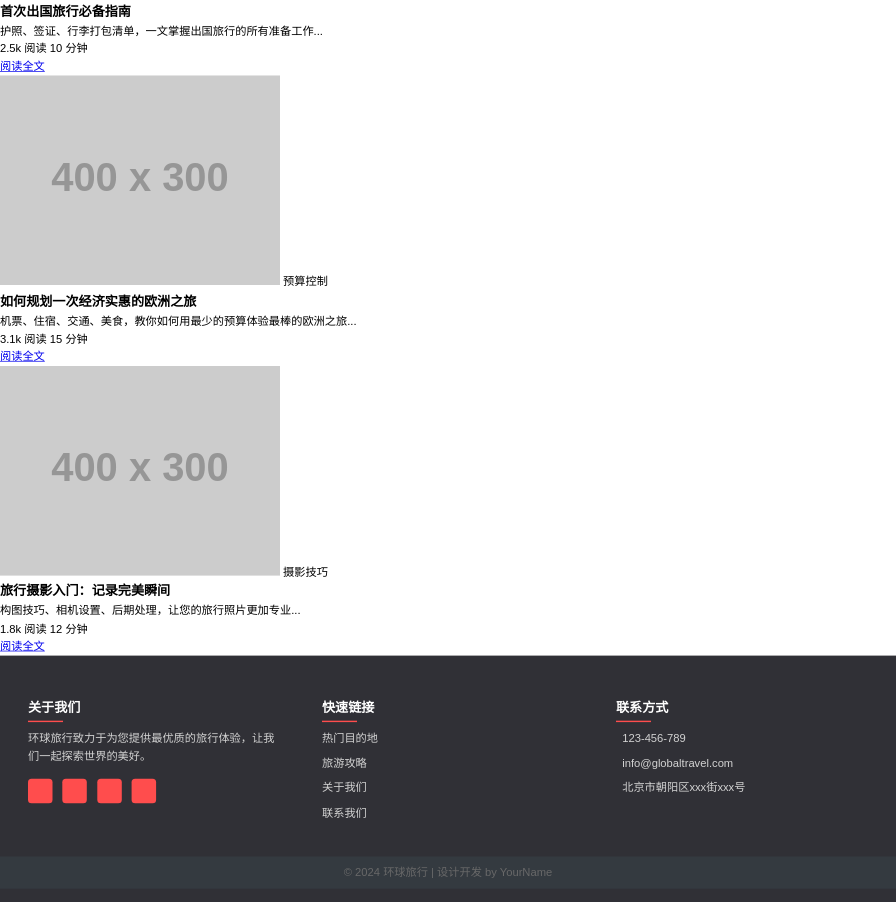
Repository: huang-heavenly-Emperor/travel_1
Page: index.html
The author's editor kept a copy of each file at every save. The page is drawn from the files as they stood at one save, then again after a run of saves.
The browser window is 1280 px wide. The pictures show the part of the page from y = 2212 to 4132 px (the page is 3501 px tall before and 4132 px after), at 70% of full size.

Above is the page before, as saved 2024-11-18 02:44:41.
Console error: TypeError: Cannot read properties of null (reading 'style')

### index.html
<!DOCTYPE html>
<html lang="zh-CN">
<head>
    <meta charset="UTF-8">
    <meta name="viewport" content="width=device-width, initial-scale=1.0">
    <title>环球旅行 - 探索世界的每个角落</title>
    <link rel="stylesheet" href="css/style.css">
    <link rel="stylesheet" href="css/animations.css">
    <link rel="stylesheet" href="css/responsive.css">
</head>
<body>
    <!-- 导航栏 -->
    <nav class="main-nav">
        <div class="nav-logo">
            <h1>环球旅行</h1>
        </div>

        <!-- 汉堡菜单按钮 -->
        <div class="hamburger">
            <span></span>
            <span></span>
            <span></span>
        </div>

        <!-- 导航菜单 -->
        <div class="nav-menu">
            <ul class="nav-links">
                <li><a href="index.html">首页</a></li>
                <li><a href="pages/about.html">关于我们</a></li>
                <li><a href="pages/destinations.html">目的地</a></li>
                <li><a href="pages/travel-tips.html">旅游指南</a></li>
                <li><a href="pages/news-events.html">新闻活动</a></li>
                <li><a href="pages/contact.html">联系我们</a></li>
            </ul>

            <div class="nav-auth">
                <a href="pages/login.html" class="btn-login">登录</a>
                <a href="pages/register.html" class="btn-register">注册</a>
            </div>
        </div>
    </nav>

    <!-- 轮播图区域 -->
    <section class="hero-slider">
        <div class="slider-container">
            <div class="slide active">
                <img src="https://via.placeholder.com/1920x1080?text=Beautiful+Paris" alt="巴黎">
                <div class="slide-content">
                    <h2>探索巴黎</h2>
                    <p>感受艺术与浪漫的完美融合</p>
                    <a href="pages/destinations/paris.html" class="btn-explore">立即探索</a>
                </div>
            </div>
            <div class="slide">
                <img src="https://via.placeholder.com/1920x1080?text=Amazing+Tokyo" alt="东京">
                <div class="slide-content">
                    <h2>遇见东京</h2>
                    <p>体验传统与现代的碰撞</p>
                    <a href="pages/destinations/tokyo.html" class="btn-explore">立即探索</a>
                </div>
            </div>
            <div class="slide">
                <img src="https://via.placeholder.com/1920x1080?text=Discover+Santorini" alt="圣托里尼">
                <div class="slide-content">
                    <h2>圣托里尼之美</h2>
                    <p>邂逅爱琴海的浪漫风情</p>
                    <a href="pages/destinations/santorini.html" class="btn-explore">立即探索</a>
                </div>
            </div>
        </div>

        <!-- 轮播控制按钮 -->
        <div class="slider-controls">
            <button class="prev-btn"><i class="fas fa-chevron-left"></i></button>
            <button class="next-btn"><i class="fas fa-chevron-right"></i></button>
        </div>

        <!-- 轮播指示点 -->
        <div class="slider-dots">
            <span class="dot active"></span>
            <span class="dot"></span>
            <span class="dot"></span>
        </div>
    </section>

    <!-- 特色目的地 -->
    <section class="featured-destinations">
        <div class="container">
            <div class="section-header">
                <h2>热门目的地</h2>
                <p>探索世界各地的精彩景点</p>
            </div>

            <div class="destination-grid">
                <!-- 巴黎 -->
                <div class="destination-card">
                    <div class="destination-image">
                        <img src="https://via.placeholder.com/600x400?text=Paris" alt="巴黎">
                        <div class="destination-overlay">
                            <div class="destination-info">
                                <h3>巴黎</h3>
                                <p>法国</p>
                                <div class="destination-meta">
                                    <span><i class="fas fa-star"></i> 4.8</span>
                                    <span><i class="fas fa-map-marker-alt"></i> 欧洲</span>
                                </div>
                                <a href="pages/destinations/paris.html" class="btn-explore">查看详情</a>
                            </div>
                        </div>
                    </div>
                </div>

                <!-- 更多目的地卡片 -->
                <!-- 东京 -->
                <div class="destination-card">
                    <div class="destination-image">
                        <img src="https://via.placeholder.com/600x400?text=Tokyo" alt="东京">
                        <div class="destination-overlay">
                            <div class="destination-info">
                                <h3>东京</h3>
                                <p>日本</p>
                                <div class="destination-meta">
                                    <span><i class="fas fa-star"></i> 4.7</span>
                                    <span><i class="fas fa-map-marker-alt"></i> 亚洲</span>
                                </div>
                                <a href="pages/destinations/tokyo.html" class="btn-explore">查看详情</a>
                            </div>
                        </div>
                    </div>
                </div>

                <!-- 圣托里尼 -->
                <div class="destination-card">
                    <div class="destination-image">
                        <img src="https://via.placeholder.com/600x400?text=Santorini" alt="圣托里尼">
                        <div class="destination-overlay">
                            <div class="destination-info">
                                <h3>圣托里尼</h3>
                                <p>希腊</p>
                                <div class="destination-meta">
                                    <span><i class="fas fa-star"></i> 4.9</span>
                                    <span><i class="fas fa-map-marker-alt"></i> 欧洲</span>
                                </div>
                                <a href="pages/destinations/santorini.html" class="btn-explore">查看详情</a>
                            </div>
                        </div>
                    </div>
                </div>
            </div>
        </div>
    </section>

    <!-- 添加特色服务部分 -->
    <section class="features">
        <div class="container">
            <div class="section-header">
                <h2>我们的特色</h2>
                <p>为什么选择环球旅行</p>
            </div>

            <div class="features-grid">
                <div class="feature-item">
                    <i class="fas fa-map-marked-alt"></i>
                    <h3>专业规划</h3>
                    <p>个性化定制旅游路线，满足您的独特需求</p>
                </div>

                <div class="feature-item">
                    <i class="fas fa-shield-alt"></i>
                    <h3>安全保障</h3>
                    <p>全程保险覆盖，24小时专业团队支持</p>
                </div>

                <div class="feature-item">
                    <i class="fas fa-hand-holding-heart"></i>
                    <h3>优质服务</h3>
                    <p>专业导游团队，提供贴心周到的服务</p>
                </div>

                <div class="feature-item">
                    <i class="fas fa-wallet"></i>
                    <h3>价格透明</h3>
                    <p>无隐藏费用，享受最优惠的价格</p>
                </div>
            </div>
        </div>
    </section>

    <!-- 旅游攻略板块 -->
    <section class="travel-guides">
        <div class="container">
            <div class="section-header">
                <h2>旅游攻略</h2>
                <p>专业的旅行建议，让您的旅程更加完美</p>
            </div>

            <div class="guides-grid">
                <!-- 攻略卡片 1 -->
                <div class="guide-card">
                    <div class="guide-image">
                        <img src="https://via.placeholder.com/400x300?text=Travel+Tips" alt="旅行贴士">
                        <span class="guide-category">实用贴士</span>
                    </div>
                    <div class="guide-content">
                        <h3>首次出国旅行必备指南</h3>
                        <p>护照、签证、行李打包清单，一文掌握出国旅行的所有准备工作...</p>
                        <div class="guide-meta">
                            <span><i class="far fa-eye"></i> 2.5k 阅读</span>
                            <span><i class="far fa-clock"></i> 10 分钟</span>
                        </div>
                        <a href="pages/guides/first-trip.html" class="btn-read">阅读全文</a>
                    </div>
                </div>

                <!-- 攻略卡片 2 -->
                <div class="guide-card">
                    <div class="guide-image">
                        <img src="https://via.placeholder.com/400x300?text=Budget+Travel" alt="预算旅行">
                        <span class="guide-category">预算控制</span>
                    </div>
                    <div class="guide-content">
                        <h3>如何规划一次经济实惠的欧洲之旅</h3>
                        <p>机票、住宿、交通、美食，教你如何用最少的预算体验最棒的欧洲之旅...</p>
                        <div class="guide-meta">
                            <span><i class="far fa-eye"></i> 3.1k 阅读</span>
                            <span><i class="far fa-clock"></i> 15 分钟</span>
                        </div>
                        <a href="pages/guides/budget-europe.html" class="btn-read">阅读全文</a>
                    </div>
                </div>

                <!-- 攻略卡片 3 -->
                <div class="guide-card">
                    <div class="guide-image">
                        <img src="https://via.placeholder.com/400x300?text=Photography" alt="旅行摄影">
                        <span class="guide-category">摄影技巧</span>
                    </div>
                    <div class="guide-content">
                        <h3>旅行摄影入门：记录完美瞬间</h3>
                        <p>构图技巧、相机设置、后期处理，让您的旅行照片更加专业...</p>
                        <div class="guide-meta">
                            <span><i class="far fa-eye"></i> 1.8k 阅读</span>
                            <span><i class="far fa-clock"></i> 12 分钟</span>
                        </div>
                        <a href="pages/guides/photography.html" class="btn-read">阅读全文</a>
                    </div>
                </div>
            </div>
        </div>
    </section>

    <!-- 页脚部分 -->
    <footer class="footer">
        <div class="footer-content">
            <div class="footer-section about">
                <h3>关于我们</h3>
                <p>环球旅行致力于为您提供最优质的旅行体验，让我们一起探索世界的美好。</p>
                <div class="socials">
                    <a href="#"><i class="fab fa-weixin"></i></a>
                    <a href="#"><i class="fab fa-weibo"></i></a>
                    <a href="#"><i class="fab fa-qq"></i></a>
                    <a href="#"><i class="fab fa-douyin"></i></a>
                </div>
            </div>

            <div class="footer-section links">
                <h3>快速链接</h3>
                <ul>
                    <li><a href="pages/destinations.html">热门目的地</a></li>
                    <li><a href="pages/travel-tips.html">旅游攻略</a></li>
                    <li><a href="pages/about.html">关于我们</a></li>
                    <li><a href="pages/contact.html">联系我们</a></li>
                </ul>
            </div>

            <div class="footer-section contact">
                <h3>联系方式</h3>
                <p>
                    <span><i class="fas fa-phone"></i> &nbsp; 123-456-789</span>
                    <span><i class="fas fa-envelope"></i> &nbsp; info@globaltravel.com</span>
                    <span><i class="fas fa-map-marker-alt"></i> &nbsp; 北京市朝阳区xxx街xxx号</span>
                </p>
            </div>
        </div>

        <div class="footer-bottom">
            &copy; 2024 环球旅行 | 设计开发 by YourName
        </div>
    </footer>
    <script src="js/main.js"></script>
</body>
</html>

### css/animations.css
/* 导航链接悬停动画 */
.nav-links a:hover {
    color: #007bff;
    transform: translateY(-2px);
}

/* 轮播图动画 */
.fade {
    animation: fadeEffect 1.5s ease-in-out;
}

@keyframes fadeEffect {
    from {
        opacity: 0;
    }
    to {
        opacity: 1;
    }
}

/* 关于页面动画 */
@keyframes fadeInDown {
    from {
        opacity: 0;
        transform: translateY(-30px);
    }
    to {
        opacity: 1;
        transform: translateY(0);
    }
}

@keyframes fadeInUp {
    from {
        opacity: 0;
        transform: translateY(30px);
    }
    to {
        opacity: 1;
        transform: translateY(0);
    }
}

/* 滚动显示动画 */
.scroll-reveal {
    opacity: 0;
    transform: translateY(30px);
    transition: all 0.8s ease;
}

.scroll-reveal.active {
    opacity: 1;
    transform: translateY(0);
}

### css/responsive.css
/* 响应式布局 */
@media screen and (max-width: 768px) {
    .nav-links {
        display: none; /* 移动端菜单将通过JS控制显示 */
    }

    .hero-slider {
        height: 50vh;
    }

    .destination-grid {
        grid-template-columns: repeat(2, 1fr);
    }

    .destination-image {
        height: 250px;
    }
}

@media screen and (max-width: 480px) {
    .nav-auth {
        display: none;
    }

    .hero-slider {
        height: 40vh;
    }

    .destination-grid {
        grid-template-columns: 1fr;
    }

    .destination-image {
        height: 200px;
    }
}

/* 页脚响应式样式 */
@media screen and (max-width: 768px) {
    .footer-content {
        flex-direction: column;
    }

    .footer-section {
        min-width: 100%;
    }

    .footer-section.about {
        text-align: center;
    }

    .footer-section h3::before {
        left: 50%;
        transform: translateX(-50%);
    }
}

/* 移动端导航样式 */
@media screen and (max-width: 768px) {
    .hamburger {
        display: block;
    }

    .nav-menu {
        position: fixed;
        top: 0;
        right: -100%;
        width: 80%;
        height: 100vh;
        background: #fff;
        flex-direction: column;
        padding: 80px 40px;
        transition: 0.3s ease;
    }

    .nav-menu.active {
        right: 0;
    }

    .nav-links {
        flex-direction: column;
        align-items: center;
    }

    .nav-auth {
        flex-direction: column;
        align-items: center;
        margin-top: 2rem;
    }
}

/* 关于页面响应式样式 */
@media screen and (max-width: 768px) {
    .about-header {
        height: 40vh;
    }

    .header-content h1 {
        font-size: 2rem;
    }

    .company-intro .container {
        flex-direction: column;
        gap: 2rem;
    }

    .intro-content, .intro-image {
        width: 100%;
    }

    .values-grid {
        grid-template-columns: 1fr;
    }

    .team-grid {
        grid-template-columns: repeat(auto-fit, minmax(200px, 1fr));
    }
}

@media screen and (max-width: 480px) {
    .about-header {
        height: 30vh;
    }

    .header-content h1 {
        font-size: 1.5rem;
    }

    .member-image {
        height: 250px;
    }
}

Loaded but not shown: js/main.js (158 lines, source omitted); css/style.css (490 lines, source omitted)

After the next 3 saves:
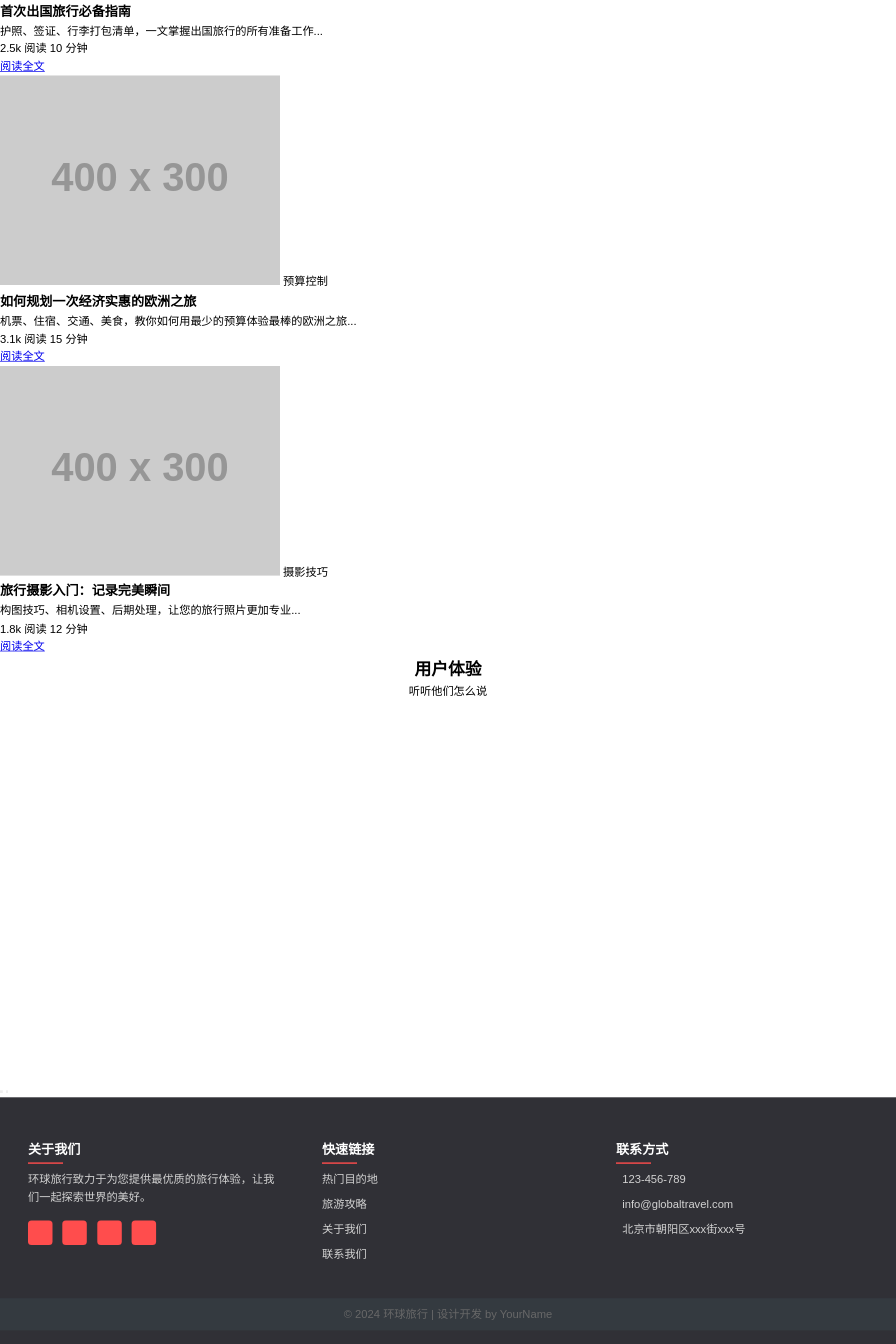
The error is gone.
The 3 saves are shown as one change because they came seconds apart.
The last was saved 9 s later.
--- a/index.html
+++ b/index.html
@@ -249,6 +249,96 @@
         </div>
     </section>
 
+    <!-- 用户评价展示 -->
+    <section class="testimonials">
+        <div class="container">
+            <div class="section-header">
+                <h2>用户体验</h2>
+                <p>听听他们怎么说</p>
+            </div>
+
+            <div class="testimonials-slider">
+                <!-- 评价卡片 1 -->
+                <div class="testimonial-card">
+                    <div class="testimonial-header">
+                        <img src="https://via.placeholder.com/80x80?text=User" alt="用户头像" class="user-avatar">
+                        <div class="user-info">
+                            <h4>张先生</h4>
+                            <div class="rating">
+                                <i class="fas fa-star"></i>
+                                <i class="fas fa-star"></i>
+                                <i class="fas fa-star"></i>
+                                <i class="fas fa-star"></i>
+                                <i class="fas fa-star"></i>
+                            </div>
+                        </div>
+                    </div>
+                    <div class="testimonial-content">
+                        <p>"环球旅行的服务真的很棒！导游专业又热情，行程安排也很合理。最让我印象深刻的是他们的贴心服务，全程无忧。"</p>
+                    </div>
+                    <div class="testimonial-footer">
+                        <span>巴黎深度游</span>
+                        <span>2024-03-15</span>
+                    </div>
+                </div>
+
+                <!-- 评价卡片 2 -->
+                <div class="testimonial-card">
+                    <div class="testimonial-header">
+                        <img src="https://via.placeholder.com/80x80?text=User" alt="用户头像" class="user-avatar">
+                        <div class="user-info">
+                            <h4>李女士</h4>
+                            <div class="rating">
+                                <i class="fas fa-star"></i>
+                                <i class="fas fa-star"></i>
+                                <i class="fas fa-star"></i>
+                                <i class="fas fa-star"></i>
+                                <i class="fas fa-star-half-alt"></i>
+                            </div>
+                        </div>
+                    </div>
+                    <div class="testimonial-content">
+                        <p>"这是我第一次跟团出国，本来很担心语言不通，但是环球旅行的服务打消了我所有顾虑。行程丰富，住宿舒适。"</p>
+                    </div>
+                    <div class="testimonial-footer">
+                        <span>日本关东游</span>
+                        <span>2024-03-10</span>
+                    </div>
+                </div>
+
+                <!-- 评价卡片 3 -->
+                <div class="testimonial-card">
+                    <div class="testimonial-header">
+                        <img src="https://via.placeholder.com/80x80?text=User" alt="用户头像" class="user-avatar">
+                        <div class="user-info">
+                            <h4>王先生</h4>
+                            <div class="rating">
+                                <i class="fas fa-star"></i>
+                                <i class="fas fa-star"></i>
+                                <i class="fas fa-star"></i>
+                                <i class="fas fa-star"></i>
+                                <i class="fas fa-star"></i>
+                            </div>
+                        </div>
+                    </div>
+                    <div class="testimonial-content">
+                        <p>"定制旅行服务非常专业，完全按照我们的需求来安排。价格透明，没有任何隐藏费用。强烈推荐！"</p>
+                    </div>
+                    <div class="testimonial-footer">
+                        <span>希腊浪漫之旅</span>
+                        <span>2024-03-05</span>
+                    </div>
+                </div>
+            </div>
+
+            <!-- 轮播控制 -->
+            <div class="testimonial-controls">
+                <button class="prev-btn"><i class="fas fa-chevron-left"></i></button>
+                <button class="next-btn"><i class="fas fa-chevron-right"></i></button>
+            </div>
+        </div>
+    </section>
+
     <!-- 页脚部分 -->
     <footer class="footer">
         <div class="footer-content">
